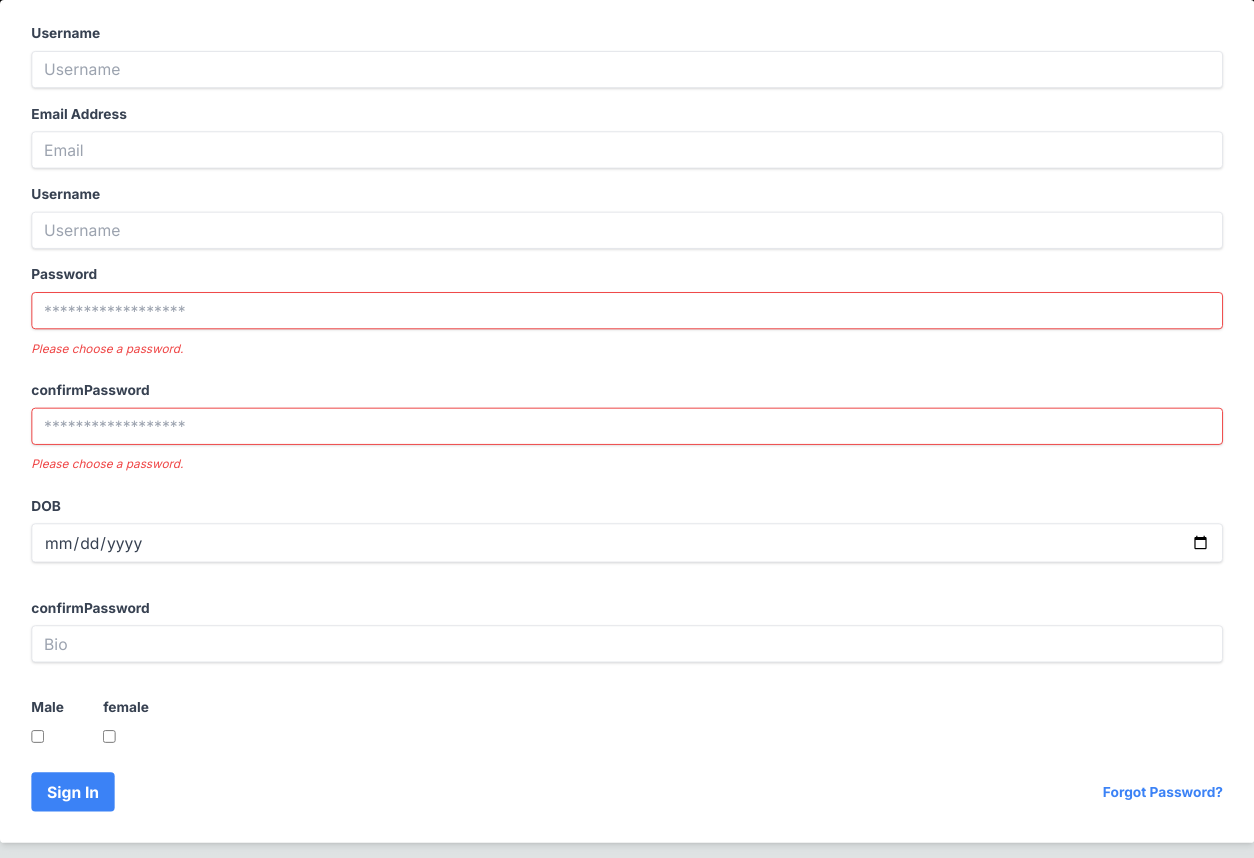
Repository: uh-sman/tiktok-card
Page: /
An editor plug-in stored every save of this project. The page is shown before and after the next save, followed by the edit.
The browser window is 1280 px wide. The pictures show the whole page, at 98% of full size.
The project was rebuilt for these pictures with package versions that can differ from the ones it lists, and the page was loaded fresh each time. The framework's server and built-in components were replaced by stand-ins that run in the browser. Also part of the build but not shown: next.config.js.

Above is the page before, as saved 2023-12-19 12:21:55.

After the next save:
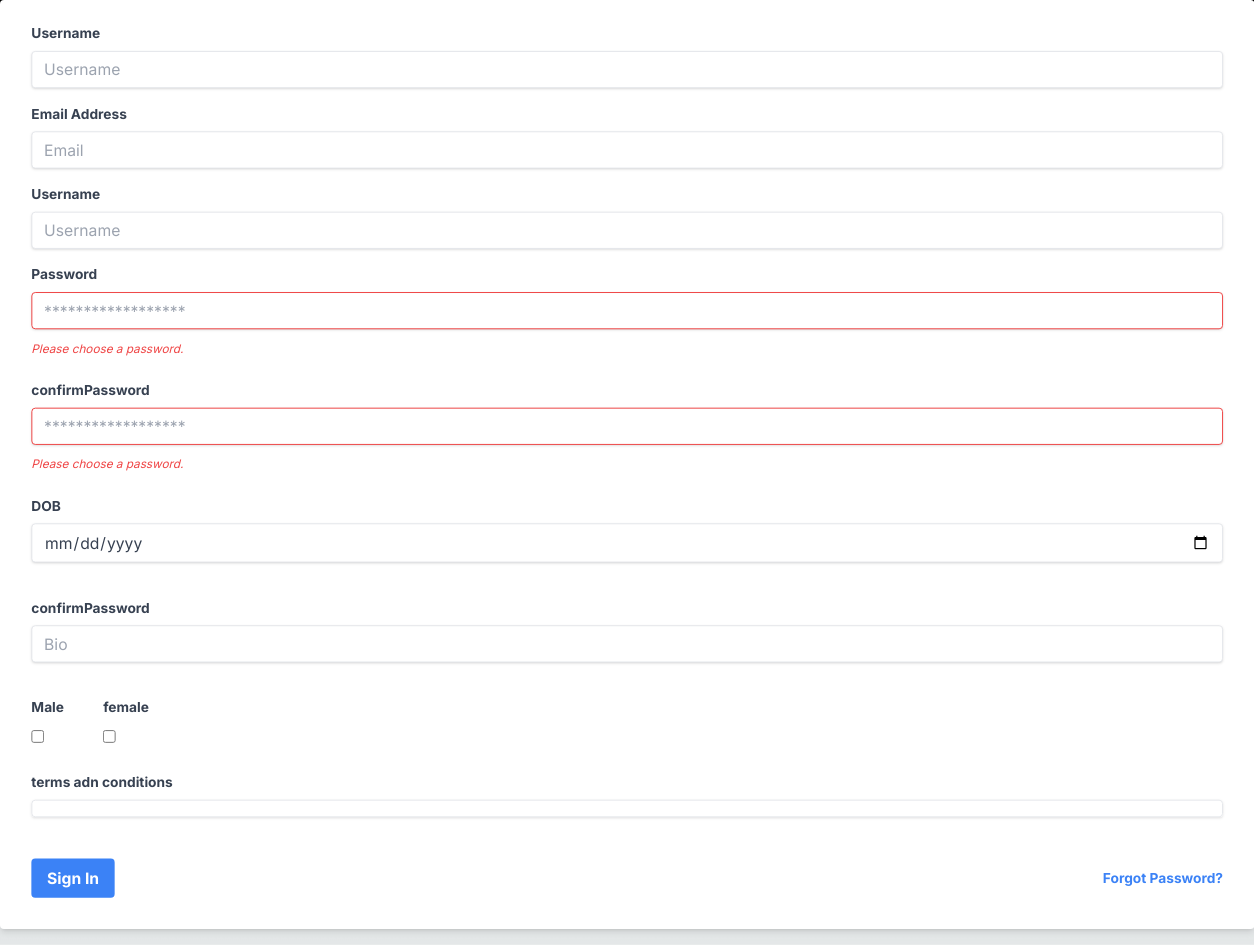
Saved 94 s later.
--- a/app/page.tsx
+++ b/app/page.tsx
@@ -86,6 +86,13 @@ export default function Home() {
         </div>
       </div>
     </div>
+    <div className="mb-6">
+      <label className="block text-gray-700 text-sm font-bold mb-2" htmlFor="password">
+        terms adn conditions
+      </label>
+      <Input onChange={() => {}} className="shadow appearance-none border rounded w-full py-2 px-3 text-gray-700 mb-3 leading-tight focus:outline-none focus:shadow-outline" id="terms" type="checkbox" placeholder="terms and conditions" />
+      {/* <p className="text-red-500 text-xs italic">Please confirm your password.</p> */}
+    </div>
     <div className="flex items-center justify-between">
       <button className="bg-blue-500 hover:bg-blue-700 text-white font-bold py-2 px-4 rounded focus:outline-none focus:shadow-outline" type="button">
         Sign In
